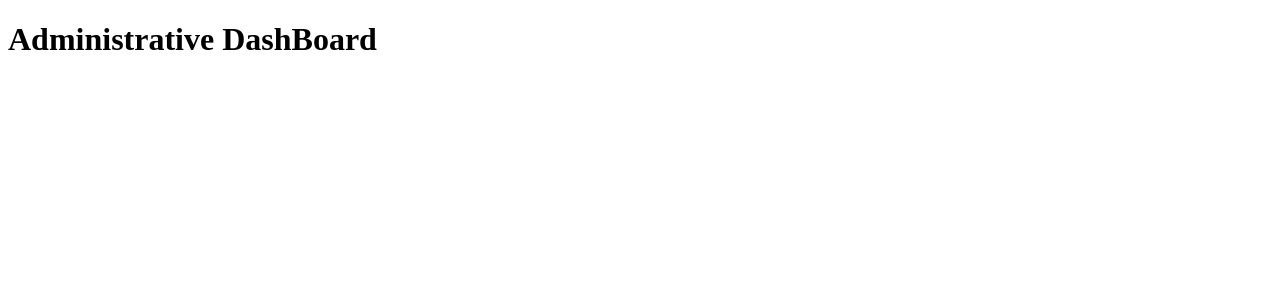
Repository: JadeWensyl/BookStoreProject
Page: http://localhost/BookStoreWebsite/admin/index.jsp
The author's editor kept a copy of each file at every save. The page is drawn from the files as they stood at one save, then again after the next save.
The browser window is 1280 px wide. The pictures show the whole page.
The page is served by Tomcat 9. Other server files are loaded and not shown.

Above is the page before, as saved 2020-01-03 05:30:36.

### BookStoreWebsite/WebContent/admin/index.jsp
<%@ page language="java" contentType="text/html; charset=ISO-8859-1"
    pageEncoding="ISO-8859-1"%>
<!DOCTYPE html>
<html>
<head>
<meta charset="ISO-8859-1">
<title>Evergreen Bookstore Administration</title>
</head>
<body>
	<h1>Administrative DashBoard</h1>
</body>
</html>

### BookStoreWebsite/WebContent/admin/header.jsp
<div align="center">
<img src="images/BookstoreAdminLogo.png" />
</div>

After the next save:
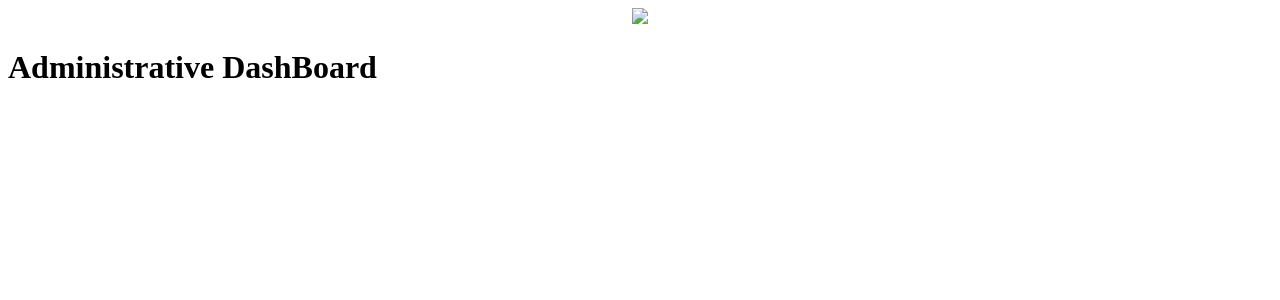
Not found: BookStoreWebsite/BookStoreWebsite/admin/images/BookstoreAdminLogo.png
Saved 30 s later.
--- a/BookStoreWebsite/WebContent/admin/index.jsp
+++ b/BookStoreWebsite/WebContent/admin/index.jsp
@@ -7,6 +7,7 @@
 <title>Evergreen Bookstore Administration</title>
 </head>
 <body>
+	<jsp:directive.include file="header.jsp" />
 	<h1>Administrative DashBoard</h1>
 </body>
 </html>
